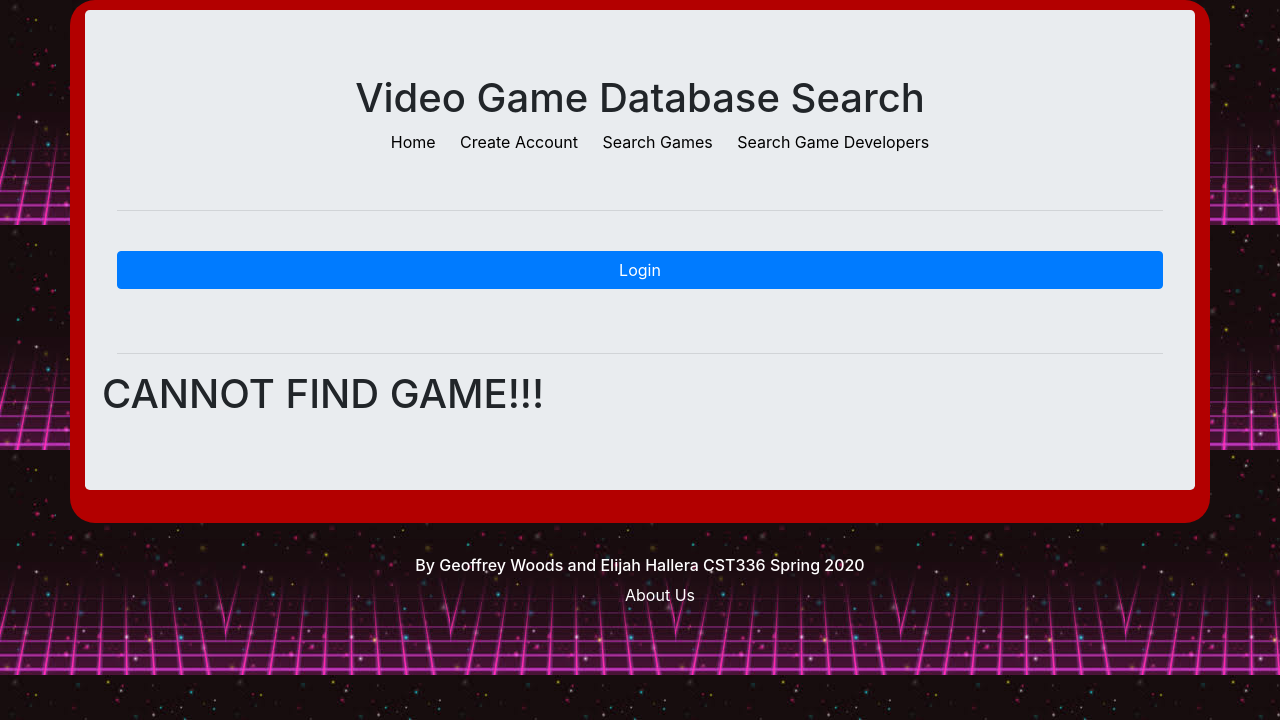
Repository: WoodsGeo442/cst336
Page: GroupProject/views/detailGame.ejs
The author's editor kept a record of every edit. The page is drawn from the files as they stood at one moment, then again after the next edit.
The browser window is 1280 px wide. The pictures show the whole page.
The page is served by the project's Node server (GroupProject/index.js). The template is opened directly, without the code that normally fills it, so the values that code supplies are empty.

Above is the page before.

### GroupProject/views/detailGame.ejs
<%- include ('partials/header'); -%>

<div class='container'>
    <div class='jumbotron'>
        <h1 align='center'> Video Game Database Search </h1>
        <nav align='center'>
            <ul>
                <li> <a href = "/" id = "currentPage"> Home </a> </li>
                <li> <a href = "/createaccount"> Create Account</a> </li>
                <li> <a href = "/searchGames"> Search Games </a> </li>
                <li> <a href = "/searchdevelopers"> Search Game Developers </a> </li>
            </ul>
        </nav>
        <br><hr><br>

        <form action='/login' method='GET'>
            <div class="text-center">
                <button class='btn btn-primary btn-block'> Login </button>
            </div>
        </form>
        <br><br>
        <hr>
        <div class='row'>
            <%if(!game){%>
                <h1 class='col-sm-14 notfound'>CANNOT FIND GAME!!!</h1>
            <%} else {%>
                <div class='col-sm-4 info'>
                    <h3><%=game.title%></h3>
                    <div>Genre: <%=game.genre%></div>
                    <div>Rating: <%=game.rating%></div>
                    <div>Pricing: <%=game.pricing%></div>
                </div>
            <%}%>
        </div>

    </div>


</div>

<%- include ('partials/footer'); -%>

### GroupProject/views/partials/header.ejs
<!DOCTYPE html>
<html>
  <head>
    <title>Group Project</title>
    <meta http-equiv='Content-Type' content='text/html; charset=utf-8'/>
	  <link rel='stylesheet' type='text/css' href='https://stackpath.bootstrapcdn.com/bootstrap/4.4.1/css/bootstrap.min.css'>
	  <link rel='stylesheet' type='text/css' href='app.css'>
  </head>

### GroupProject/views/partials/footer.ejs
<div class = 'footer'>
          <hr>
          <center>
          <h6> By Geoffrey Woods and Elijah Hallera CST336 Spring 2020</h6>
          <nav align='center'>
            <ul>
                <li> <a href = "/aboutus" style="color:white"> About Us</a> </li>
            </ul>
          </nav>
          </center>
      </div>
      </body>
</html>

### GroupProject/index.js
/*App Configuration*/
var express = require("express");
var bodyParser = require('body-parser');
var app = express();
var mysql = require('mysql');
var session = require('express-session');
var bcrypt = require('bcrypt');
app.use(express.static('public'));
app.use(bodyParser.urlencoded({extended: true}));
app.use(session({
    secret: 'top secret code!',
    resave: true,
    saveUninitialized: true
}));
app.set('view engine', 'ejs');

/*Configure MySQL DBMS*/
const connection = mysql.createConnection({
    host: 'localhost',
    user: 'geowoods',
    password: 'Rockydale442',
    database: 'games'
});
connection.connect();

/* Middleware */
function isAuthenticated(req, res, next){
    if(!req.session.authenticated) res.redirect('/login');
    else next();
}

function checkUsername(username){
    let stmt = 'SELECT * FROM loginInfo WHERE username=?';
    return new Promise(function(resolve, reject){
       connection.query(stmt, [username], function(error, results){
           if(error) throw error;
           resolve(results);
       });
    });
}

function checkPassword(password, hash){
    // return new Promise(function(resolve, reject){
    //   bcrypt.compare(password, hash, function(error, result){
    //       if(error) throw error;
    //       resolve(result);
    //   });
    // });
    if(password == hash){
        return true;
    } else {
        return false;
    }
}

//routes
app.get('/', function(req, res){
    // var sql = 'select country from l9_author';
    // connection.query(sql, function(error, results) {
    //     if(error) throw error;
    //     var arr = [];
    //     results.forEach(function(r) {
    //         if (!arr.includes(r.country)) {
    //             arr.push(r.country);
    //         }
    //     });
    //     res.render('home', {countries: arr});
    // });
    res.render('home');
});

app.get('/login', function(req,res){
    res.render('login');
})

app.post('/login', async function(req, res){
    let isUserExist   = await checkUsername(req.body.username);
    console.log(isUserExist);
    let hashedPasswd  = isUserExist.length > 0 ? isUserExist[0].password : '';
    console.log(hashedPasswd);
    let passwordMatch = await checkPassword(req.body.password, hashedPasswd);
    if(passwordMatch){
        req.session.authenticated = true;
        req.session.user = isUserExist[0].username;
        res.redirect('welcome');
    }
    else{
        console.log(passwordMatch);
        res.render('login', {error: true});
    }
});

//Create Account Route
app.get('/createaccount', function(req, res){
    res.render('createaccount');
});

/* Function to Logout of session */
app.get('/logout', function(req, res){
   req.session.destroy();
   res.redirect('/');
});

app.get('/welcome', function(req, res){
    res.render('welcome');
});

app.get('/gameSearch', function(req, res){
    var sql = 'select * from videoGames where title=\''  + req.query.gameTitle + '\';'
	    connection.query(sql, function(error, found){
	        console.log(sql);
	        var game = null;
	        if(error) throw error;
	        if(found.length){
	            var game = found[0];
                res.render('detailGame', {game: game, games: found});
	        };
	    });
});

app.get('/searchGames', function(req, res){
    // var sql = 'select country from l9_author';
    // connection.query(sql, function(error, results) {
    //     if(error) throw error;
    //     var arr = [];
    //     results.forEach(function(r) {
    //         if (!arr.includes(r.country)) {
    //             arr.push(r.country);
    //         }
    //     });
    //     res.render('home', {countries: arr});
    // });
    res.render('searchGames');
});

app.get('/searchDevelopers', function(req, res){
    res.render('searchDevelopers');
});

app.get('/genreSearch', function(req, res){
    var sql = 'select genre, title, videogame_id from videoGames where genre=\''  + req.query.gameGenre + '\';'
	    connection.query(sql, function(error, found){
	        console.log(sql);
	        var game = null;
	        if(error) throw error;
	        if(found.length){
	            var name = found[0].title;
                res.render('genreSearchResult', {name: name, games: found});
	        };
	    });
});


app.get('/results/:vid', function(req, res){
    var sql = 'select * from videoGames where videogame_id=\''  + req.query.vid + '\';'
	    connection.query(sql, function(error, found){
	        console.log(sql);
	        var game = null;
	        if(error) throw error;
	        if(found.length){
	            var name = found[0].title;
                res.render('detailGame', {name: name, games: found});
	        };
	    });
});



app.get('*', function(req, res){
    res.render('error');
});

/* Start the application server */
app.listen(process.env.PORT || 3000, function(){
    console.log("Server has been started");
});

### GroupProject/public/app.css
nav li:hover{ /*pseudo class*/
    font-size: 1.10em;
    transition: .9s; /* transition effect */
}

ul{
    color:white;
}

li {
    list-style: none; /*gets rid of bullet points*/
    display: inline-block; /* allows me to get horizontal tabs */
    padding-left: 10px;
    padding-right: 10px;
}

a { /* links within "nav" container */
    font-size: 1em;
    color: black; /* by default, links are blue */
    border-radius: 15px;
    justify-content: space-between;
}

body{
    background-image: url("projectBackground.jpg");
}

.container{
    background-color: #b30000;
    padding-bottom: 1px;
    padding-top: 10px;
    border-radius: 25px;
}

.footer{
    color: white;
}

After the next edit:
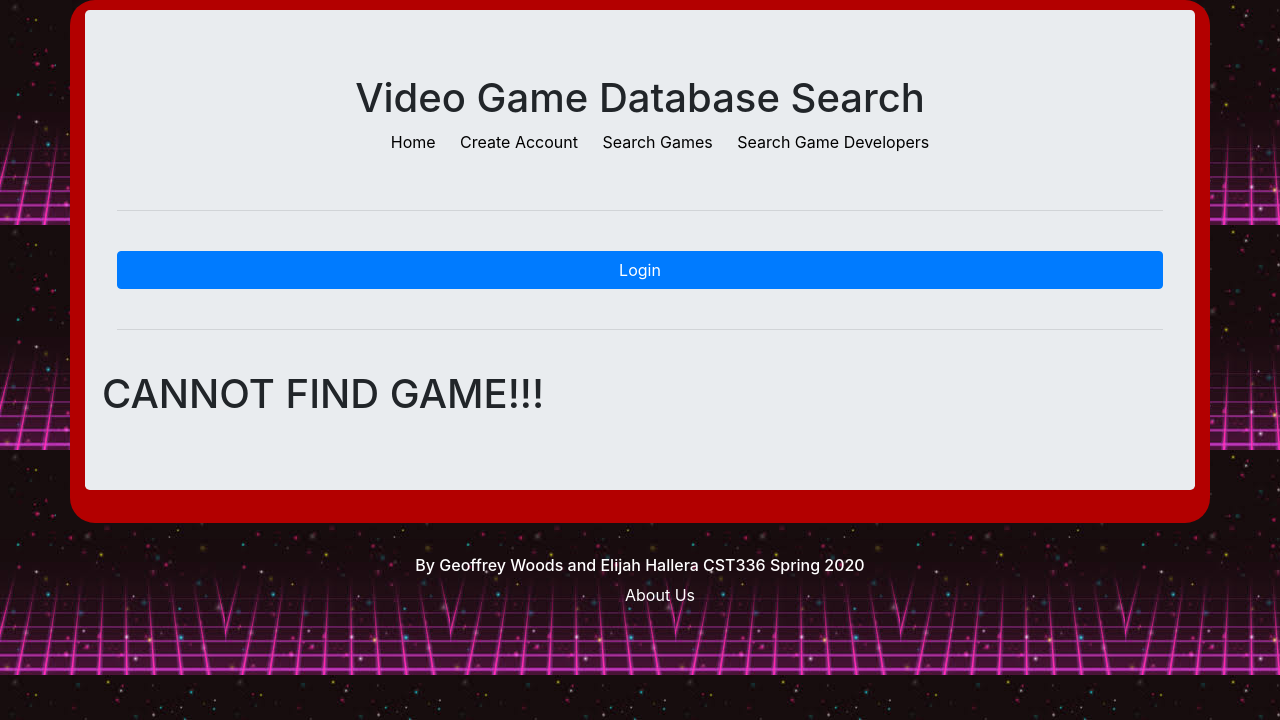
The edit:
--- a/GroupProject/views/detailGame.ejs
+++ b/GroupProject/views/detailGame.ejs
@@ -18,8 +18,7 @@
                 <button class='btn btn-primary btn-block'> Login </button>
             </div>
         </form>
-        <br><br>
-        <hr>
+        <br><hr><br>
         <div class='row'>
             <%if(!game){%>
                 <h1 class='col-sm-14 notfound'>CANNOT FIND GAME!!!</h1>
